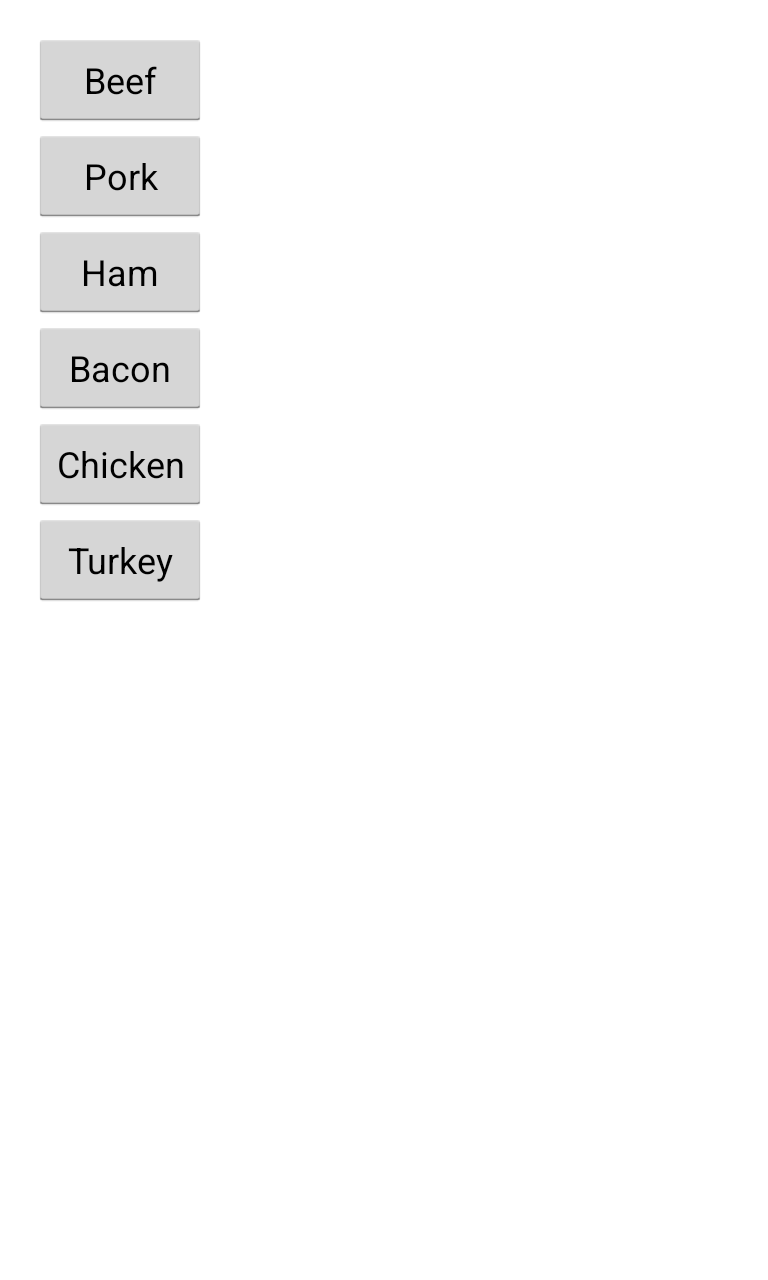
Repository: asmartin/foodtracker
Layout: FoodTracker/res/layout/fragment_other.xml
The author's editor kept a copy of each file at every save. The layout is drawn from the files as they stood at one save, then again after the next save.
It is drawn on a 768 x 1280 px phone screen (xhdpi) without system bars, with theme AppTheme; the app's code is not run.

Above is the layout before, as saved 2013-12-01 02:03:25.

### FoodTracker/res/layout/fragment_other.xml
<RelativeLayout xmlns:android="http://schemas.android.com/apk/res/android"
    xmlns:tools="http://schemas.android.com/tools"
    android:layout_width="match_parent"
    android:layout_height="match_parent"
    android:paddingBottom="@dimen/activity_vertical_margin"
    android:paddingLeft="@dimen/activity_horizontal_margin"
    android:paddingRight="@dimen/activity_horizontal_margin"
    android:paddingTop="@dimen/activity_vertical_margin"
    tools:context=".MainActivity$DummySectionFragment" >

<!--     <TextView -->
<!--         android:id="@+id/section_label" -->
<!--         android:layout_width="wrap_content" -->
<!--         android:layout_height="wrap_content" /> -->

    <TableLayout
        android:layout_width="wrap_content"
        android:layout_height="wrap_content"
        android:layout_alignParentLeft="true"
        android:layout_alignParentTop="true" >

        <TableRow
            android:id="@+id/tableRow1"
            android:layout_width="wrap_content"
            android:layout_height="wrap_content" >

            <Button
                android:id="@+id/button1"
                android:layout_width="wrap_content"
                android:layout_height="wrap_content"
                android:text="Beef" />

        </TableRow>

        <TableRow
            android:id="@+id/tableRow2"
            android:layout_width="wrap_content"
            android:layout_height="wrap_content" >

            <Button
                android:id="@+id/button2"
                android:layout_width="wrap_content"
                android:layout_height="wrap_content"
                android:text="Pork" />

        </TableRow>

        <TableRow
            android:id="@+id/tableRow3"
            android:layout_width="wrap_content"
            android:layout_height="wrap_content" >

            <Button
                android:id="@+id/button3"
                android:layout_width="wrap_content"
                android:layout_height="wrap_content"
                android:text="Ham" />

        </TableRow>

        <TableRow
            android:id="@+id/tableRow4"
            android:layout_width="wrap_content"
            android:layout_height="wrap_content" >

            <Button
                android:id="@+id/button4"
                android:layout_width="wrap_content"
                android:layout_height="wrap_content"
                android:text="Bacon" />

        </TableRow>
        <TableRow
            android:id="@+id/tableRow5"
            android:layout_width="wrap_content"
            android:layout_height="wrap_content" >

            <Button
                android:id="@+id/button5"
                android:layout_width="wrap_content"
                android:layout_height="wrap_content"
                android:text="Chicken" />

        </TableRow>
        <TableRow
            android:id="@+id/tableRow6"
            android:layout_width="wrap_content"
            android:layout_height="wrap_content" >

            <Button
                android:id="@+id/button6"
                android:layout_width="wrap_content"
                android:layout_height="wrap_content"
                android:text="Turkey" />

        </TableRow>
    </TableLayout>

</RelativeLayout>

Loaded but not shown: FoodTracker/res/values/styles.xml (common file); FoodTracker/res/values-v11/styles.xml (common file); FoodTracker/res/values-v14/styles.xml (common file); FoodTracker/res/values/dimens.xml (common file)

After the next save:
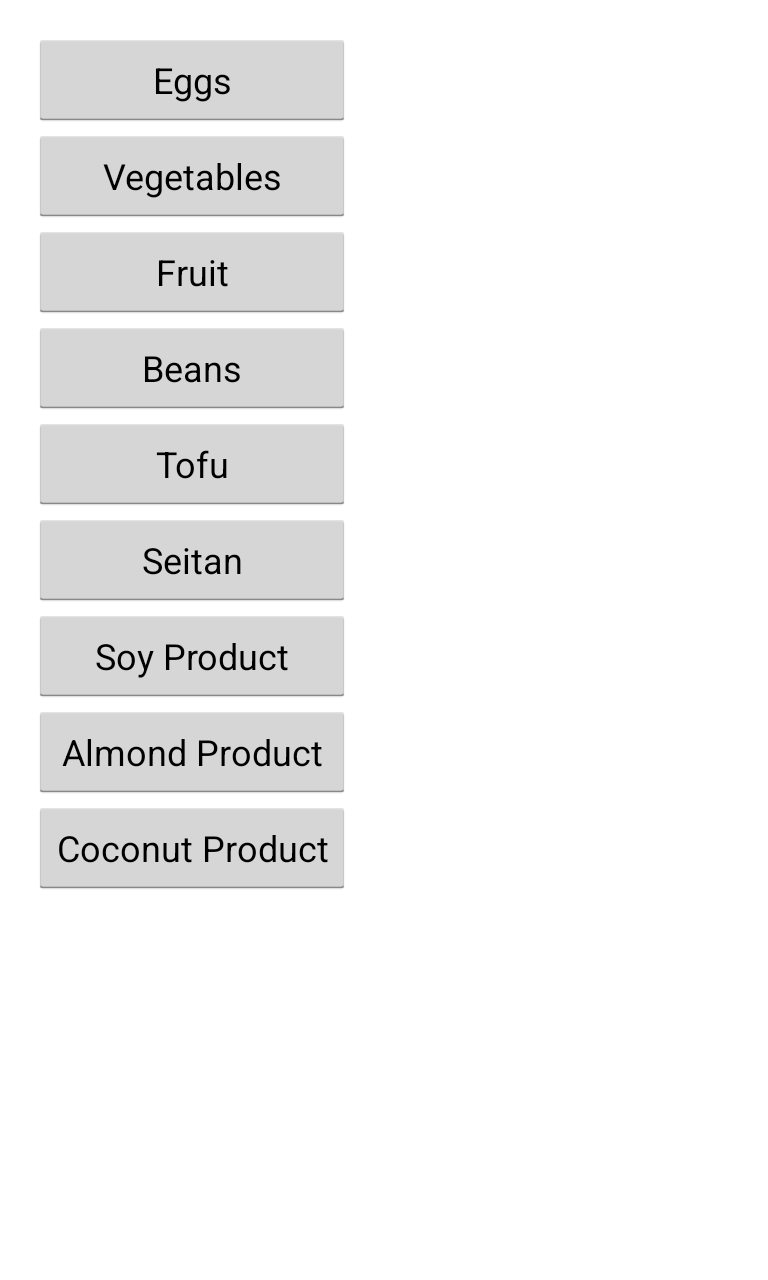
Saved 74 s later.
--- a/FoodTracker/res/layout/fragment_other.xml
+++ b/FoodTracker/res/layout/fragment_other.xml
@@ -28,7 +28,7 @@
                 android:id="@+id/button1"
                 android:layout_width="wrap_content"
                 android:layout_height="wrap_content"
-                android:text="Beef" />
+                android:text="Eggs" />
 
         </TableRow>
 
@@ -41,7 +41,7 @@
                 android:id="@+id/button2"
                 android:layout_width="wrap_content"
                 android:layout_height="wrap_content"
-                android:text="Pork" />
+                android:text="Vegetables" />
 
         </TableRow>
 
@@ -54,7 +54,7 @@
                 android:id="@+id/button3"
                 android:layout_width="wrap_content"
                 android:layout_height="wrap_content"
-                android:text="Ham" />
+                android:text="Fruit" />
 
         </TableRow>
 
@@ -67,7 +67,7 @@
                 android:id="@+id/button4"
                 android:layout_width="wrap_content"
                 android:layout_height="wrap_content"
-                android:text="Bacon" />
+                android:text="Beans" />
 
         </TableRow>
         <TableRow
@@ -79,7 +79,7 @@
                 android:id="@+id/button5"
                 android:layout_width="wrap_content"
                 android:layout_height="wrap_content"
-                android:text="Chicken" />
+                android:text="Tofu" />
 
         </TableRow>
         <TableRow
@@ -91,7 +91,43 @@
                 android:id="@+id/button6"
                 android:layout_width="wrap_content"
                 android:layout_height="wrap_content"
-                android:text="Turkey" />
+                android:text="Seitan" />
+
+        </TableRow>
+                <TableRow
+            android:id="@+id/tableRow7"
+            android:layout_width="wrap_content"
+            android:layout_height="wrap_content" >
+
+            <Button
+                android:id="@+id/button7"
+                android:layout_width="wrap_content"
+                android:layout_height="wrap_content"
+                android:text="Soy Product" />
+
+        </TableRow>
+                <TableRow
+            android:id="@+id/tableRow8"
+            android:layout_width="wrap_content"
+            android:layout_height="wrap_content" >
+
+            <Button
+                android:id="@+id/button8"
+                android:layout_width="wrap_content"
+                android:layout_height="wrap_content"
+                android:text="Almond Product" />
+
+        </TableRow>
+                <TableRow
+            android:id="@+id/tableRow9"
+            android:layout_width="wrap_content"
+            android:layout_height="wrap_content" >
+
+            <Button
+                android:id="@+id/button9"
+                android:layout_width="wrap_content"
+                android:layout_height="wrap_content"
+                android:text="Coconut Product" />
 
         </TableRow>
     </TableLayout>
